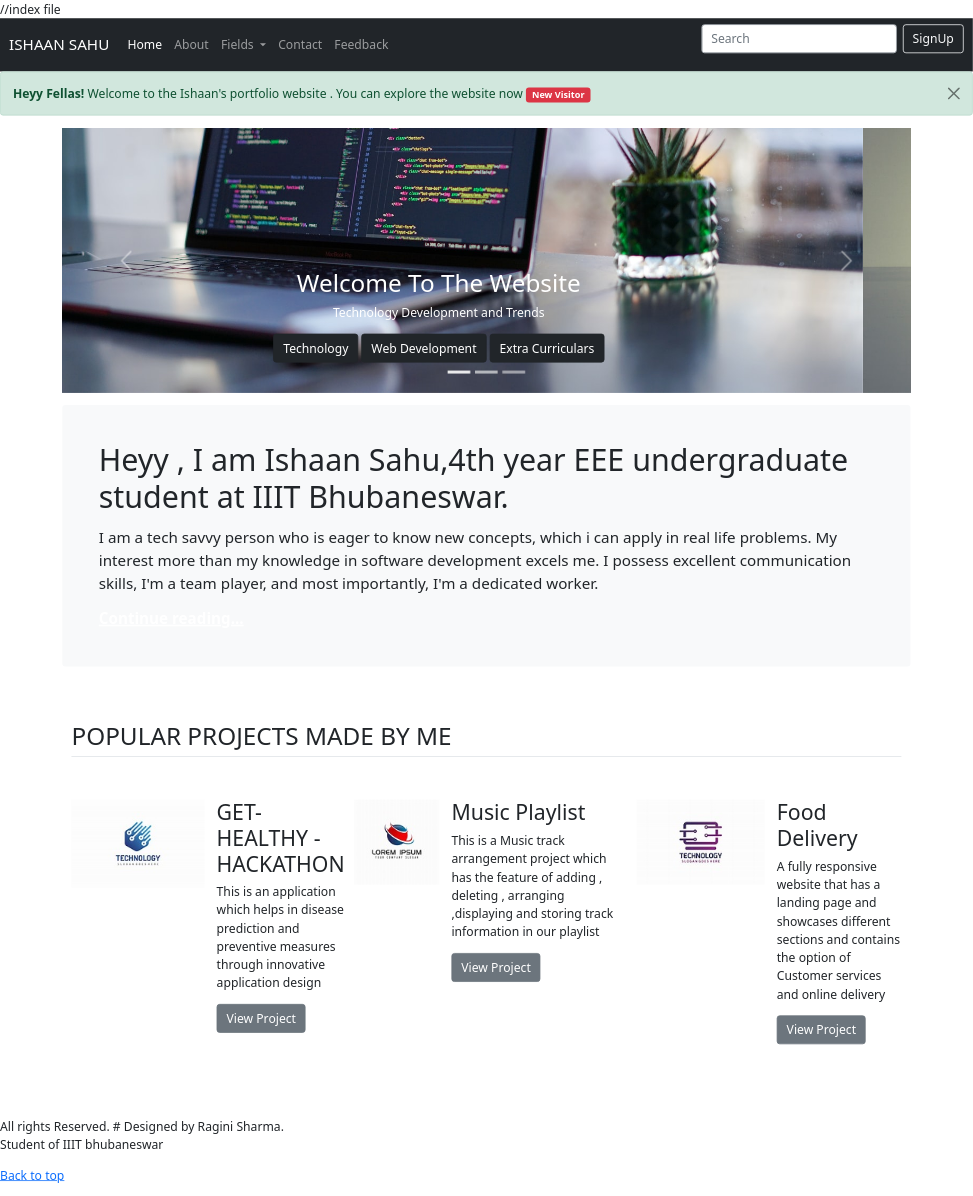
Repository: ishaan51551/Ishaan-s-Portfolio-
Page: index.html
An editor plug-in stored every save of this project. The page is shown before and after the next save, followed by the edit.
The browser window is 1280 px wide. The pictures show the whole page, at 76% of full size.

Above is the page before, as saved 2023-09-13 01:26:13.

### index.html
//index file

</body>

</html>

<!doctype html>
<html lang="en">

<head>
  <!-- Required meta tags -->
  <meta charset="utf-8">
  <meta name="viewport" content="width=device-width, initial-scale=1">

  <!-- Bootstrap CSS -->
  <link href="https://cdn.jsdelivr.net/npm/bootstrap@5.1.1/dist/css/bootstrap.min.css" rel="stylesheet"
    integrity="sha384-F3w7mX95PdgyTmZZMECAngseQB83DfGTowi0iMjiWaeVhAn4FJkqJByhZMI3AhiU" crossorigin="anonymous">

  <title>Ishaan Sahu Portfolio</title>
</head>

<body>
  <!-- FOR NAVBAR -->
  <nav class="navbar navbar-expand-lg navbar-dark bg-dark">
    <div class="container-fluid">
      <a class="navbar-brand" href="#">ISHAAN SAHU </a>
      <button class="navbar-toggler" type="button" data-bs-toggle="collapse" data-bs-target="#navbarSupportedContent"
        aria-controls="navbarSupportedContent" aria-expanded="false" aria-label="Toggle navigation">
        <span class="navbar-toggler-icon"></span>
      </button>
      <div class="collapse navbar-collapse" id="navbarSupportedContent">
        <ul class="navbar-nav me-auto mb-2 mb-lg-0">
          <li class="nav-item">
            <a class="nav-link active" aria-current="page" href="#">Home</a>
          </li>
          <li class="nav-item">
            <a class="nav-link" href="/about.html">About</a>
          </li>
          <li class="nav-item dropdown">
            <a class="nav-link dropdown-toggle" href="#" id="navbarDropdown" role="button" data-bs-toggle="dropdown"
              aria-expanded="false">
              Fields
            </a>
            <ul class="dropdown-menu" aria-labelledby="navbarDropdown">
              <li><a class="dropdown-item" href="programming.html">Programming</a></li>
              <li><a class="dropdown-item" href="webdev.html">Web Devlopment</a></li>
              <li>
                <hr class="dropdown-divider">
              </li>
              <li><a class="dropdown-item" href="extracurricular.html">Extra Curricular</a></li>
            </ul>
          </li>
          <li class="nav-item">
            <a class="nav-link " aria-current="page" href="contact.html">Contact</a>
          </li>

          <li class="nav-item">
            <a class="nav-link" href="feedback.html">Feedback</a>

          </li>

        </ul>
        <form class="d-flex">
          <input class="form-control me-2" type="search" placeholder="Search" aria-label="Search">
          <button class="btn btn-outline-light" type="submit" data-bs-toggle="modal"
            data-bs-target="#SignUpModal">SignUp</button>


        </form>
      </div>
    </div>
  </nav>





  <!-- Optional JavaScript; choose one of the two! -->

  <!-- Option 1: Bootstrap Bundle with Popper -->
  <script src="https://cdn.jsdelivr.net/npm/bootstrap@5.1.1/dist/js/bootstrap.bundle.min.js"
    integrity="sha384-/bQdsTh/da6pkI1MST/rWKFNjaCP5gBSY4sEBT38Q/9RBh9AH40zEOg7Hlq2THRZ"
    crossorigin="anonymous"></script>

  <!-- Option 2: Separate Popper and Bootstrap JS -->
  <!--
    <script src="https://cdn.jsdelivr.net/npm/@popperjs/core@2.9.3/dist/umd/popper.min.js" integrity="sha384-W8fXfP3gkOKtndU4JGtKDvXbO53Wy8SZCQHczT5FMiiqmQfUpWbYdTil/SxwZgAN" crossorigin="anonymous"></script>
    <script src="https://cdn.jsdelivr.net/npm/bootstrap@5.1.1/dist/js/bootstrap.min.js" integrity="sha384-skAcpIdS7UcVUC05LJ9Dxay8AXcDYfBJqt1CJ85S/CFujBsIzCIv+l9liuYLaMQ/" crossorigin="anonymous"></script>
    -->


  <!-- Button trigger modal -->
  <!-- <button type="button" class="btn btn-primary" data-bs-toggle="modal" data-bs-target="#signUp Modal">
    Launch demo modal
  </button>  -->





  <!-- FOR DISMISSING ALERT  -->
  <div class="alert alert-success alert-dismissible fade show" role="alert">
    <strong>Heyy Fellas!</strong> Welcome to the Ishaan's portfolio website . You can explore the website now
    <!--for including badge--><span class="badge bg-danger">New Visitor</span>
    <button type="button" class="btn-close" data-bs-dismiss="alert" aria-label="Close"></button>
  </div>


  <!-- FOR BACKGROUND SLIDER PICTURE -->
  <div class="container my-2">
    <div id="carouselExampleCaptions" class="carousel slide carousal-fade" data-bs-ride="carousel">
      <div class="carousel-indicators">
        <button type="button" data-bs-target="#carouselExampleCaptions" data-bs-slide-to="0" class="active"
          aria-current="true" aria-label="Slide 1"></button>
        <button type="button" data-bs-target="#carouselExampleCaptions" data-bs-slide-to="1"
          aria-label="Slide 2"></button>
        <button type="button" data-bs-target="#carouselExampleCaptions" data-bs-slide-to="2"
          aria-label="Slide 3"></button>
      </div>
      <div class="carousel-inner">
        <div class="carousel-item active">
          <img src="2.jpg" class="d-block w-100" alt="...">
          <div class="carousel-caption d-none d-md-block">
            <h2>Welcome To The Website</h2>
            <p>Technology Development and Trends</p>
            <button class="btn btn-dark">Technology</button>
            <button class="btn btn-dark">Web Development</button>
            <button class="btn btn-dark">Extra Curriculars</button>
          </div>
        </div>
        <div class="carousel-item">
          <img src="1.jpg" class="d-block w-100" alt="...">
          <div class="carousel-caption d-none d-md-block">
            <h2>Explore More On The Website</h2>
            <p>Technology Development and Trends</p>
            <button class="btn btn-dark">Programming</button>
            <button class="btn btn-dark">Web Development</button>
            <button class="btn btn-dark">Extra Curriculars</button>
          </div>
        </div>
        <div class="carousel-item">
          <img src="3.jpg" class="d-block w-100" alt="...">
          <div class="carousel-caption d-none d-md-block">
            <h2>Know More About Ishaan</h2>
            <p>Technology Development and Trends</p>
            <button class="btn btn-dark">Technology</button>
            <button class="btn btn-dark">Web Development</button>
            <button class="btn btn-dark">Extra Curriculars</button>
          </div>
        </div>
      </div>
      <button class="carousel-control-prev" type="button" data-bs-target="#carouselExampleCaptions"
        data-bs-slide="prev">
        <span class="carousel-control-prev-icon" aria-hidden="true"></span>
        <span class="visually-hidden">Previous</span>
      </button>
      <button class="carousel-control-next" type="button" data-bs-target="#carouselExampleCaptions"
        data-bs-slide="next">
        <span class="carousel-control-next-icon" aria-hidden="true"></span>
        <span class="visually-hidden">Next</span>
      </button>
    </div>
  </div>


  <!-- TEXT WRITTEN -->
  <div class="container my-3 ml-auto mr-auto mx-auto">
    <div class="p-4 p-md-5 mb-4 text-dark rounded bg-light">
      <div class="col-md-0 px-0">
        <h1 class="display-8 ">Heyy , I am Ishaan Sahu,4th year EEE undergraduate student at IIIT Bhubaneswar.</h1>
        <p class="lead my-3">I am a tech savvy person who is eager to
          know new concepts, which i can apply in
          real life problems. My interest more than
          my knowledge in software development
          excels me. I possess excellent communication skills, I'm a team player, and most importantly, I'm a dedicated
          worker.</p>
        <p class="lead mb-0"><a href="#" class="text-white fw-bold">Continue reading...</a></p>
      </div>
    </div>
  </div>



  <!-- PROJECTS -->

  <div class="container px-4 py-5" id="hanging-icons">
    <h2 class="pb-2 border-bottom"> POPULAR PROJECTS MADE BY ME </h2>
    <div class="row g-4 py-5 row-cols-1 row-cols-lg-3">
      <div class="col d-flex align-items-start">
        <div class="icon-square bg-light text-dark flex-shrink-0 me-3">
          <img src="bg1.jfif" href="#">

        </div>
        <div>
          <h3>GET-HEALTHY - HACKATHON </h3>
          <p>This is an application which helps in disease prediction and preventive measures through innovative application design</p>
          <a href="#" class="btn btn-secondary">
            View Project
          </a>
        </div>
      </div>
      <div class="col d-flex align-items-start">
        <div class="icon-square bg-light text-dark flex-shrink-0 me-3">
          <img src="bg3.jfif" href="#">
        </div>
        <div>
          <h3>Music Playlist</h3>
          <p>This is a Music track arrangement project which has the feature of adding , deleting , arranging
            ,displaying and storing track information in our playlist</p>
          <a href="https://github.com/Ragini-sharma21/Music-Track-Arrangement-Project" class="btn btn-secondary">
            View Project
          </a>
        </div>
      </div>
      <div class="col d-flex align-items-start">
        <div class="icon-square bg-light text-dark flex-shrink-0 me-3">
          <img src="bg4.jfif" href="#">
        </div>
        <div>
          <h3>Food Delivery</h3>
          <p>A fully responsive website that has a landing page and showcases different sections and contains the option
            of Customer services and online delivery </p>
          <a href="https://ragini-sharma21.github.io/online-food-delivery-website/" class="btn btn-secondary">
            View Project
          </a>
        </div>
      </div>
    </div>
  </div>
  </div>

  <!-- FOOTER -->
  <footer class="blog-footer">
    <p>All rights Reserved. # Designed by Ragini Sharma.</br>
      Student of IIIT bhubaneswar</p>
    <p>
      <a href="#">Back to top</a>
    </p>
  </footer>
</body>

</html>

After the next save:
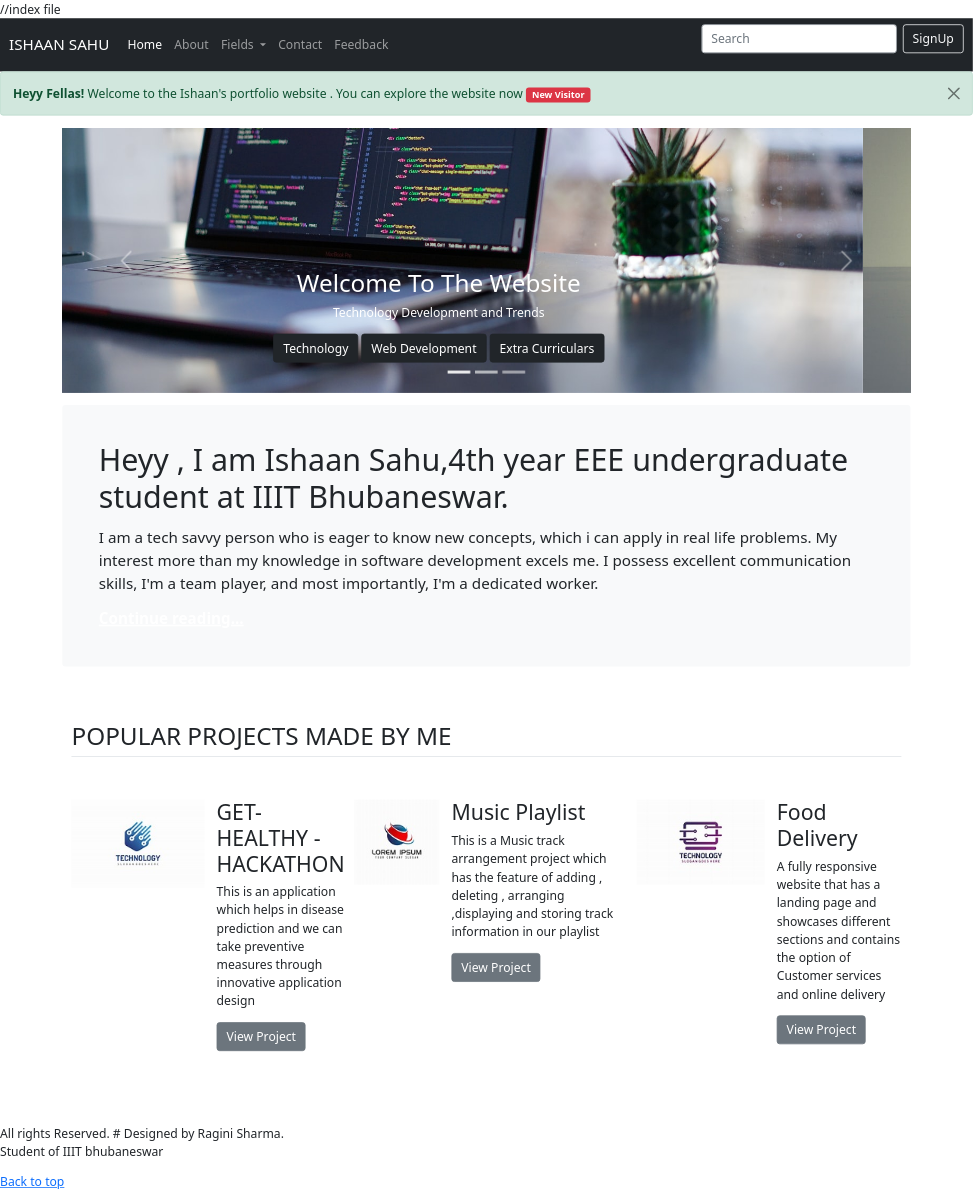
Saved 18 s later.
--- a/index.html
+++ b/index.html
@@ -193,7 +193,7 @@
         </div>
         <div>
           <h3>GET-HEALTHY - HACKATHON </h3>
-          <p>This is an application which helps in disease prediction and preventive measures through innovative application design</p>
+          <p>This is an application which helps in disease prediction and we can take preventive measures through innovative application design</p>
           <a href="#" class="btn btn-secondary">
             View Project
           </a>
